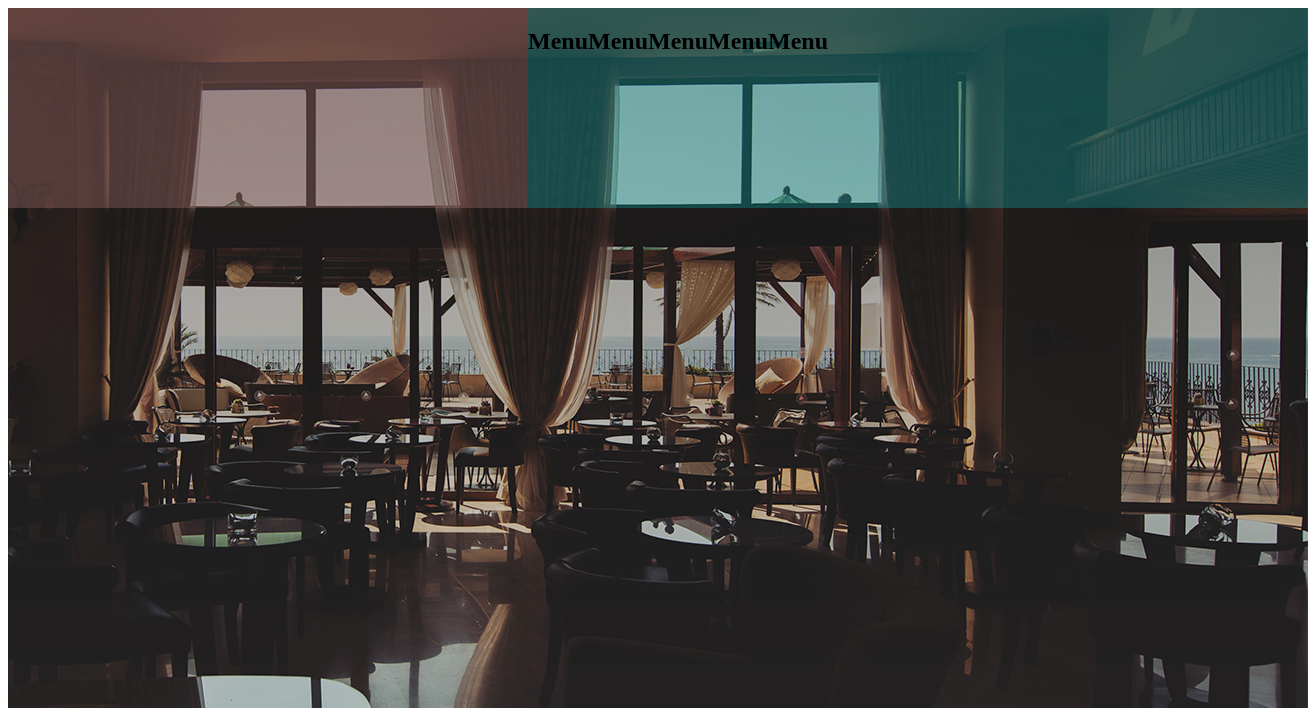
Repository: sis-shen/HTML_vsc
Page: adc_v2/index.html
These files come from the project's save history. The page is drawn as it stood at one moment and after the next save; the edit follows.
The browser window is 1280 px wide. The page is 1308 px wide, so the pictures cover 1308 px, including what lies to the right of the window. The pictures show the whole page.

Above is the page before, as saved 2023-08-13 11:10:48.

After the next save:
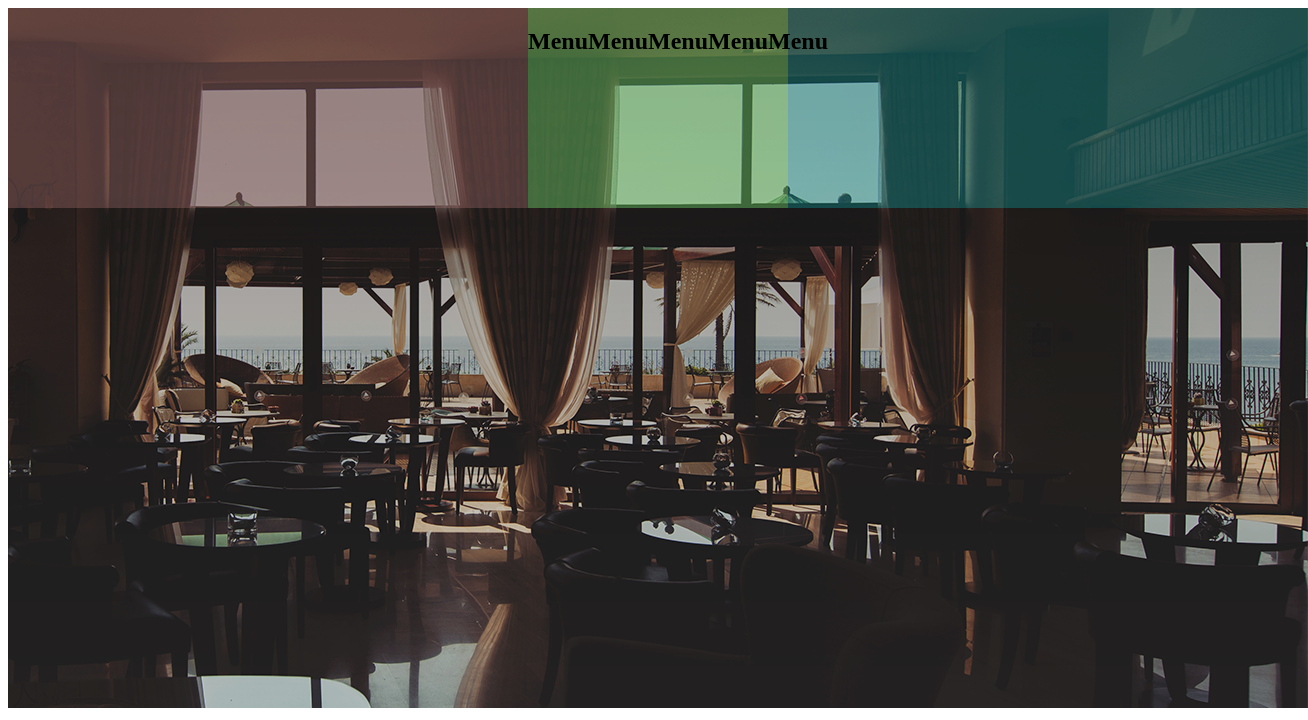
Saved 17 s later.
--- a/adc_v2/style.css
+++ b/adc_v2/style.css
@@ -25,4 +25,5 @@
     display: flex;
     height: 100%;
     width: 20%;
+    background-color: rgba(255, 255, 0, 0.178);
 }

After the save that followed:
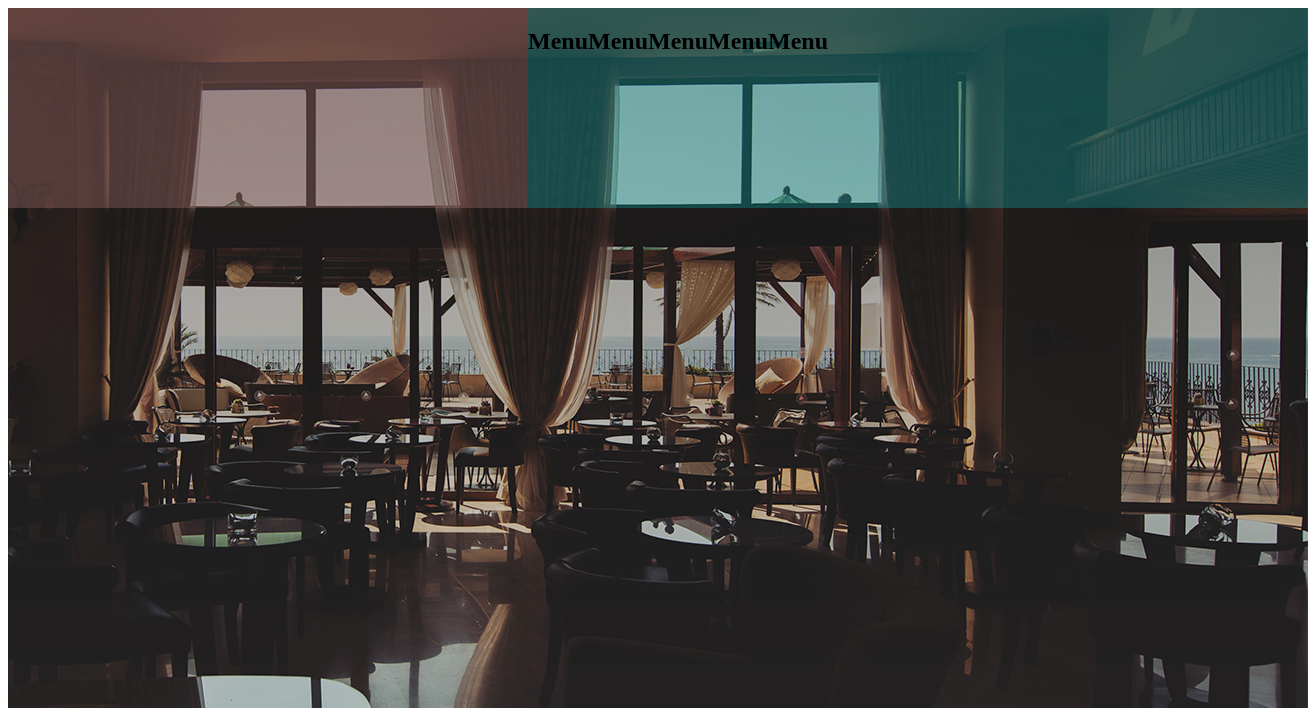
Saved 33 s later.
--- a/adc_v2/style.css
+++ b/adc_v2/style.css
@@ -24,6 +24,5 @@
 .t-right{
     display: flex;
     height: 100%;
-    width: 20%;
-    background-color: rgba(255, 255, 0, 0.178);
+    width:60%;
 }
